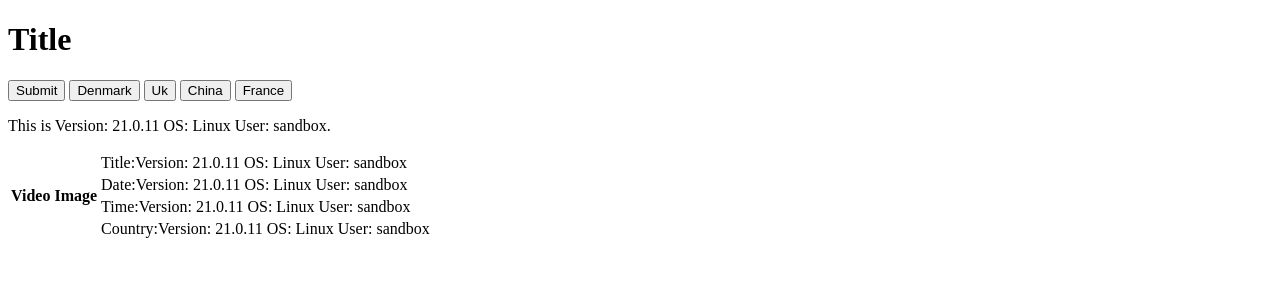
Repository: isauraAlmar/App-Engine-and-Internationalization-with-Java
Page: http://localhost/Marven/
These files come from the project's save history. The page is drawn as it stood at one moment and after the next save; the edit follows.
The browser window is 1280 px wide. The pictures show the whole page.
Some web fonts or font styles are not loaded; a fallback is used. The page is served by Tomcat 9. Other server files are loaded and not shown.

Above is the page before, as saved 2017-05-05 08:24:43.

### Marven/src/main/webapp/index.jsp
<!DOCTYPE html>
<%@ page contentType="text/html;charset=UTF-8" language="java" %>
<%@ page import="com.exemple.HelloInfo" %>
<%@ page import="com.language.LanguageInfo" %>
<!-- [START_EXCLUDE] -->
<%--
  ~ Copyright (c) 2016 Google Inc. All Rights Reserved.
  ~
  ~ Licensed under the Apache License, Version 2.0 (the "License"); you
  ~ may not use this file except in compliance with the License. You may
  ~ obtain a copy of the License at
  ~
  ~     http://www.apache.org/licenses/LICENSE-2.0
  ~
  ~ Unless required by applicable law or agreed to in writing, software
  ~ distributed under the License is distributed on an "AS IS" BASIS,
  ~ WITHOUT WARRANTIES OR CONDITIONS OF ANY KIND, either express or
  ~ implied. See the License for the specific language governing
  ~ permissions and limitations under the License.
  --%>
<!-- [END_EXCLUDE] -->
<html>
<head>
  <link href='//fonts.googleapis.com/css?family=Marmelad' rel='stylesheet' type='text/css'>
  <title>Hello App Engine Standard</title>
</head>
<body>

    <h1> Title </h1>

    <input type="submit" value="Submit">

    <button >Denmark</button>
	<button >Uk</button>
	<button >China</button>
	<button >France</button>

 <p>This is <%= HelloInfo.getInfo() %>.</p>

 <table>
  <tr>
    <th rowspan="4">Video Image</th>
    <td>Title:<%= HelloInfo.getInfo() %></td>
  </tr>
  <tr>
    <td>Date:<%= HelloInfo.getInfo() %></td>
  </tr>
  <tr>
    <td>Time:<%= HelloInfo.getInfo() %></td>
  </tr>
  <tr>
    <td>Country:<%= HelloInfo.getInfo() %></td>
  </tr>

</table>

 <!--    <tr>
      <td colspan="2" style="font-weight:bold;">Available Servlets:</td>
    </tr>
    <tr>
      <td><a href='/hello'>Qui Soc?</a></td>
    </tr>

  </table>

  <button >Hello</button>-->


</body>
</html>

### Marven/src/main/java/com/exemple/HelloInfo.java
/*
 * Copyright (c) 2016 Google Inc. All Rights Reserved.
 *
 * Licensed under the Apache License, Version 2.0 (the "License"); you
 * may not use this file except in compliance with the License. You may
 * obtain a copy of the License at
 *
 *     http://www.apache.org/licenses/LICENSE-2.0
 *
 * Unless required by applicable law or agreed to in writing, software
 * distributed under the License is distributed on an "AS IS" BASIS,
 * WITHOUT WARRANTIES OR CONDITIONS OF ANY KIND, either express or
 * implied. See the License for the specific language governing
 * permissions and limitations under the License.
 */

package com.exemple;

// [START example]
/**
 * Generate some simple information.
 */
public class HelloInfo {

  public static String getInfo() {
    return "Version: " + System.getProperty("java.version")
          + " OS: " + System.getProperty("os.name")
          + " User: " + System.getProperty("user.name");
  }

  public static String Country (){
	  String stn = new String();
	  stn = "USA";
	  return stn;
  }
}
// [END example]

After the next save:
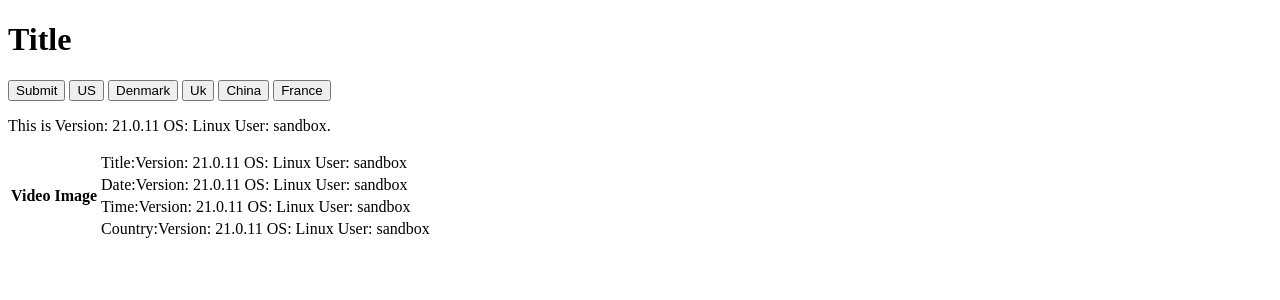
Saved 5 min 31 s later.
--- a/Marven/src/main/webapp/index.jsp
+++ b/Marven/src/main/webapp/index.jsp
@@ -29,7 +29,7 @@
     <h1> Title </h1>
 
     <input type="submit" value="Submit">
-
+  	<button type="submit" form="nameform" value="Submit">US</button>
     <button >Denmark</button>
 	<button >Uk</button>
 	<button >China</button>
